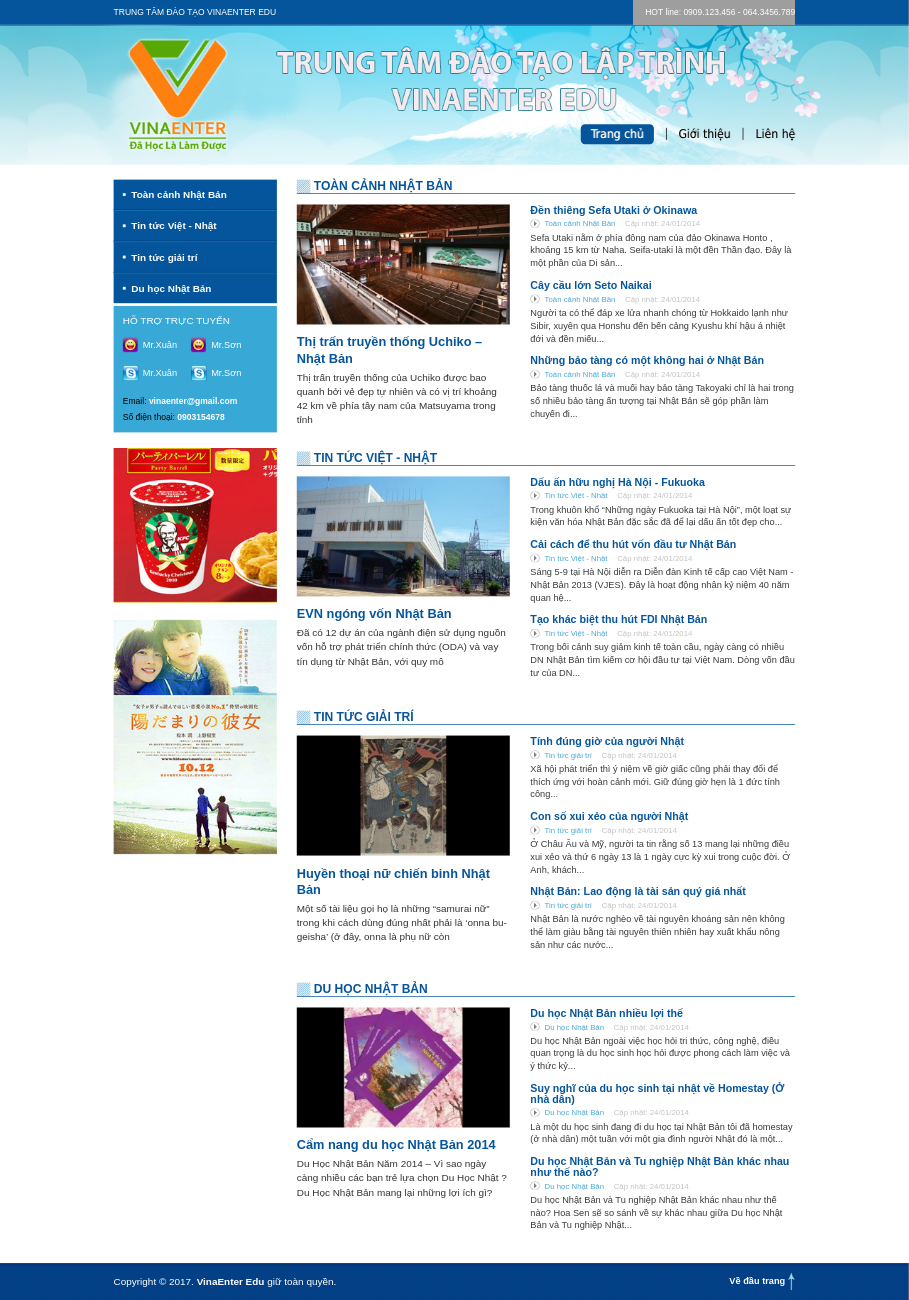
Repository: leducnam1805/JSP-SERVLET
Page: http://localhost/baiTap1/views/BT3/index.jsp
An editor plug-in stored every save of this project. The page is shown before and after the next save, followed by the edit.
The browser window is 1280 px wide. The pictures show the whole page, at 71% of full size.
Pictures or frames that could not be fetched are drawn as grey boxes. Some web libraries are served in a nearby version. The page is served by Tomcat 9.

Above is the page before, as saved 2020-06-24 04:07:08.

After the next save:
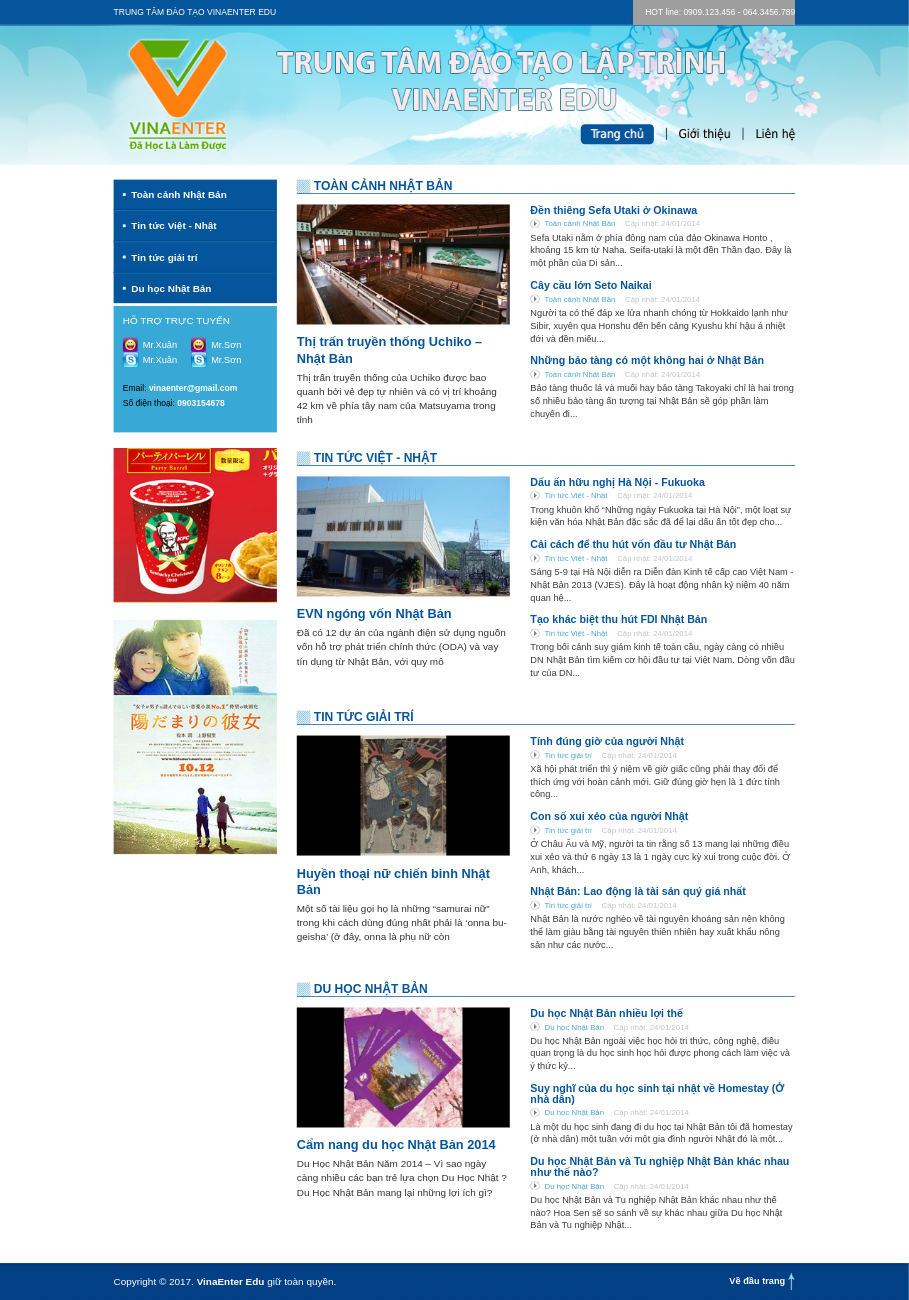
Saved 55 s later.
--- a/loiGiai/baiTap1/WebContent/views/BT3/index.jsp
+++ b/loiGiai/baiTap1/WebContent/views/BT3/index.jsp
@@ -3,59 +3,7 @@
     <%@include file="/views/BT3/inc/header.jsp" %>
 		<div id="main-body">
 			<div class="main-content">
-				<div class="body-left fl">
-					<div class="left-menu">
-						<ul>
-							<li class="parent"><a href="danhmuc.html">Toàn cảnh
-									Nhật Bản</a></li>
-							<li class="parent"><a href="danhmuc.html">Tin tức
-									Việt - Nhật</a></li>
-							<li class="parent"><a href="danhmuc.html">Tin tức
-									giải trí</a></li>
-							<li class="parent"><a href="danhmuc.html">Du học
-									Nhật Bản</a></li>
-						</ul>
-						<div class="clr"></div>
-					</div>
-
-					<div class="support">
-						<p>Hỗ trợ trực tuyến</p>
-						<div class="yahoo">
-							<ul>
-								<li><a href="ymsgr:sendIM?trandangx"
-									title="Chat with Mr.Xuân">Mr.Xuân</a></li>
-								<li><a href="ymsgr:sendIM?itsontran"
-									title="Chat with Mr.Sơn">Mr.Sơn</a></li>
-							</ul>
-							<div class="clr"></div>
-						</div>
-
-						<div class="skype">
-							<ul>
-								<li><a href="Skype:trandangx?chat"
-									title="Chat with Mr.Xuân">Mr.Xuân</a></li>
-								<li><a href="Skype:itsontran?chat"
-									title="Chat with Mr.Sơn">Mr.Sơn</a></li>
-							</ul>
-							<div class="clr"></div>
-						</div>
-
-						<div class="orther">
-							<p>
-								Email: <span>vinaenter@gmail.com</span>
-							</p>
-							<p>
-								Số điện thoại: <span>0903154678</span>
-							</p>
-						</div>
-					</div>
-
-					<div class="advs">
-						<a href="" title=""> <img src="images/qc1.jpg" alt="" />
-						</a> <a href="" title=""> <img src="images/qc2.jpg" alt="" />
-						</a>
-					</div>
-				</div>
+				<%@ include file="/views/BT3/inc/leftmenu.jsp" %>
 				<div class="body-right fr">
 					<div class="news-block">
 						<h2 class="title-cat">
